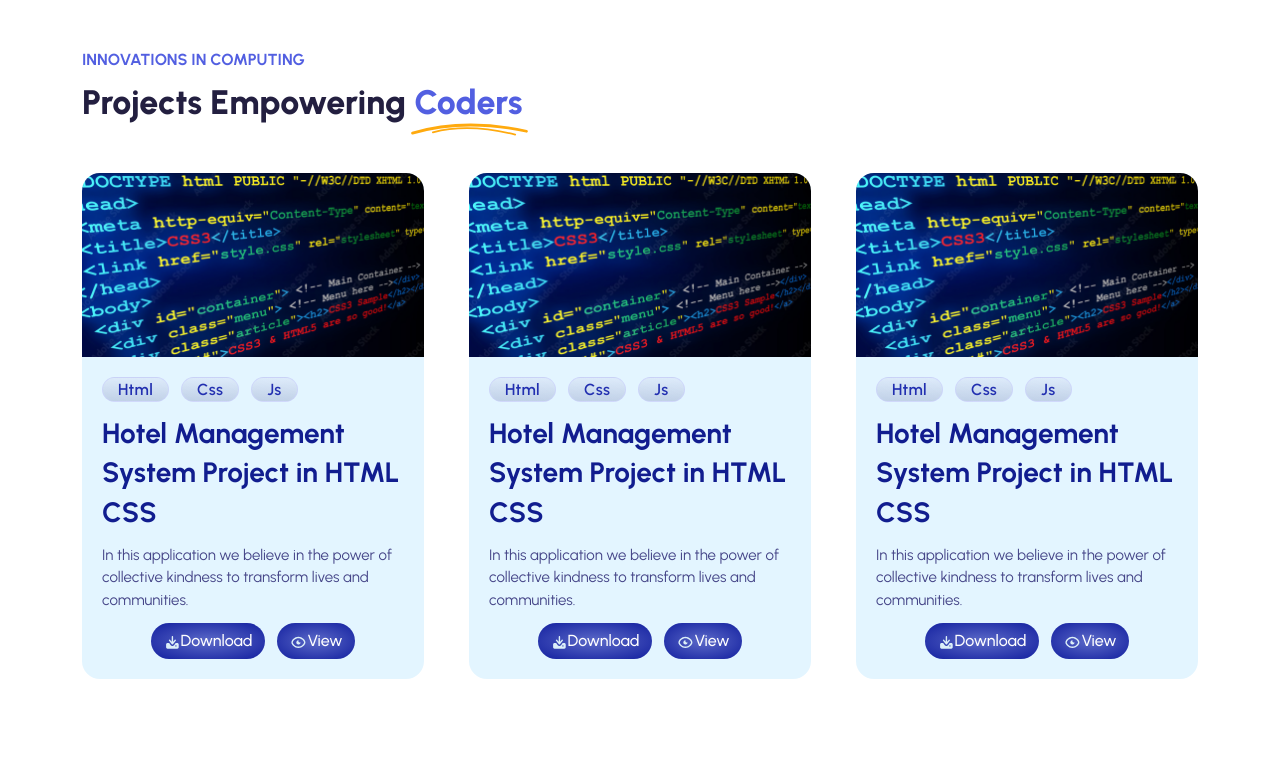
Repository: sharma171/jtccreativeideas
Page: /newsection (app in nextjssite/)
An editor plug-in stored every save of this project. The page is shown before and after the next save, followed by the edit.
The browser window is 1280 px wide. The pictures show the whole page.
The project was rebuilt for these pictures with package versions that can differ from the ones it lists, and the page was loaded fresh each time. The framework's server and built-in components were replaced by stand-ins that run in the browser. Also part of the build but not shown: nextjssite/next.config.mjs.

Above is the page before, as saved 2024-03-28 14:45:44.

After the next save:
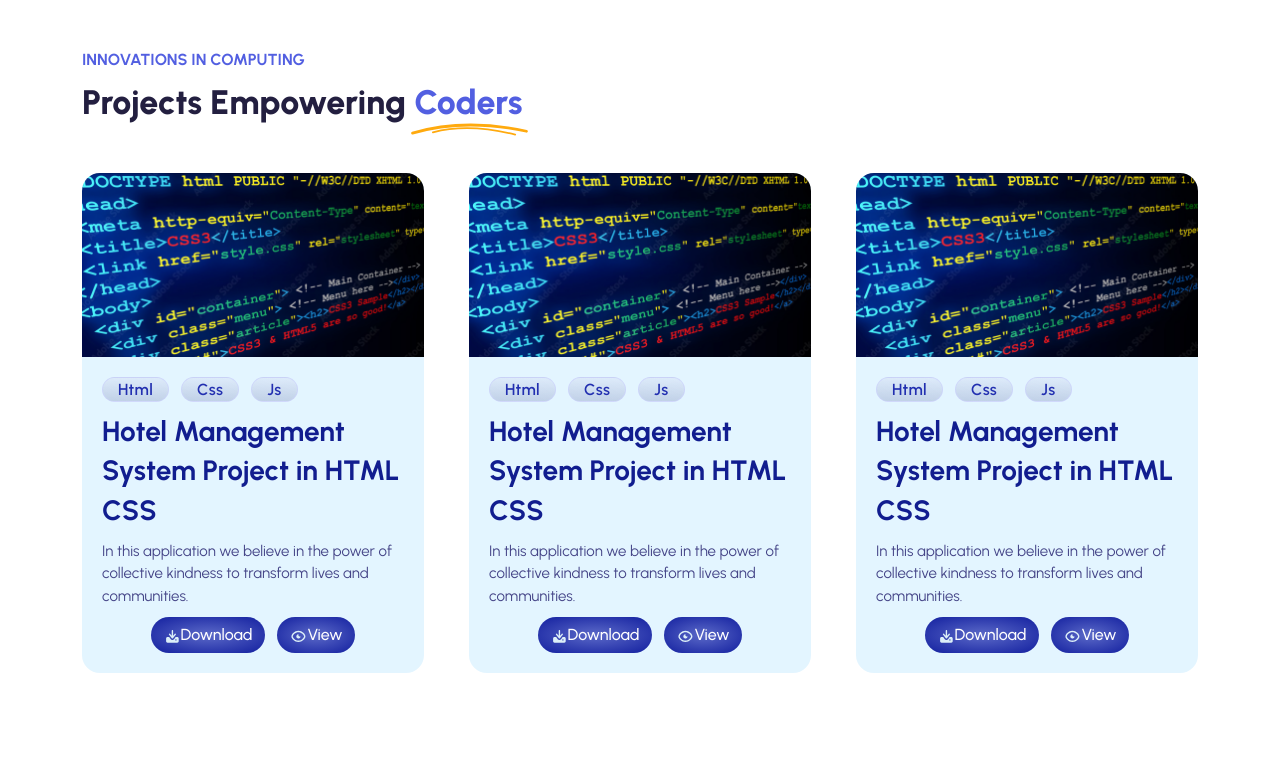
Saved 13 min 38 s later.
--- a/nextjssite/src/app/newsection/page.css
+++ b/nextjssite/src/app/newsection/page.css
@@ -62,7 +62,7 @@ section.projects {
     padding: 20px 20px;
     display: flex;
     flex-direction: column;
-    gap: 12px;
+    gap: 10px;
 }
 
 .project-cards li .card-inner .info .tech-info {
